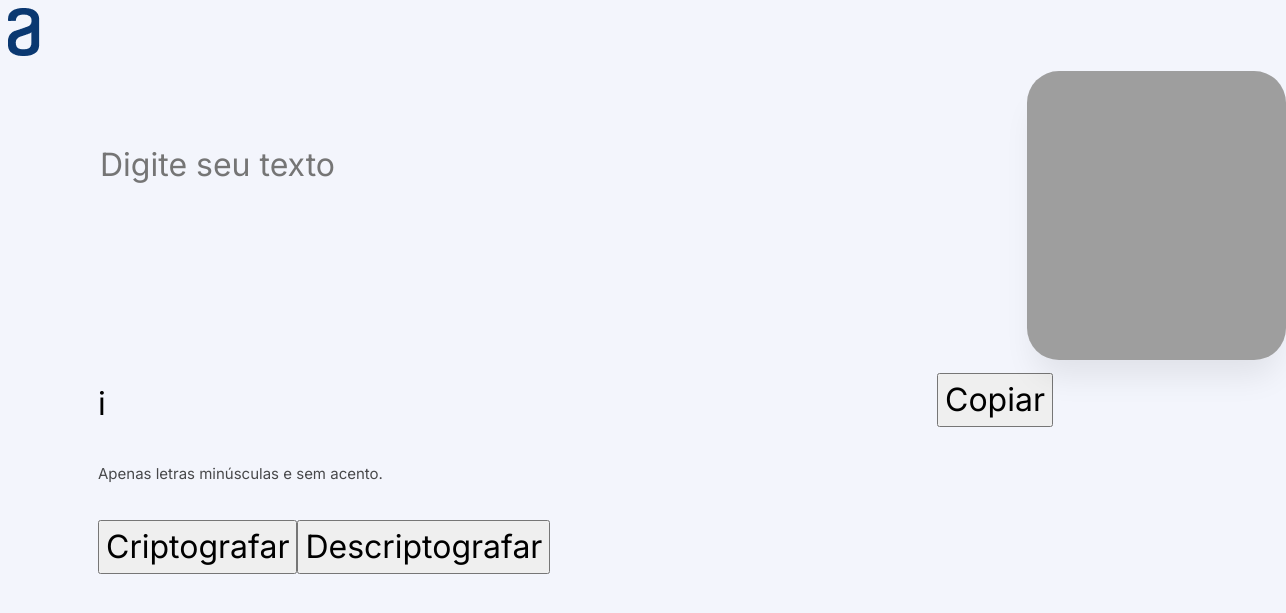
Repository: guilhermecardoso93/decodificador-texto
Page: index.html
These files come from the project's save history. The page is drawn as it stood at one moment and after a run of saves; the edit follows.
The browser window is 1280 px wide. The page is 1286 px wide, so the pictures cover 1286 px, including what lies to the right of the window. The pictures show the whole page.
Pictures or frames that could not be fetched are drawn as grey boxes.

Above is the page before, as saved 2024-02-28 19:26:05.

### index.html
<!DOCTYPE html>
<html lang="pt-BR">
  <head>
    <meta charset="UTF-8" />
    <meta name="viewport" content="width=device-width, initial-scale=1.0" />
    <link rel="preconnect" href="https://fonts.googleapis.com" />
    <link rel="preconnect" href="https://fonts.gstatic.com" crossorigin />
    <link
      href="https://fonts.googleapis.com/css2?family=Inter:wght@400;500;600;700&display=swap"
      rel="stylesheet"
    />
    <link rel="stylesheet" href="style.css" />
    <title>Desafio - Encriptador</title>
  </head>
  <body>
    <header>
      <img src="./assets/logo.png" alt="Logo Alura" class="'logo-alura" />
    </header>

    <main>
      <section>
        <textarea
          class="text-area"
          cols="41"
          rows="4"
          placeholder="Digite seu texto"
        ></textarea>
        <div class="informaçao">
          <p>i</p>
          <h6>Apenas letras minúsculas e sem acento.</h6>
        </div>
        <div class="botoes">
          <button class="btn-encriptor">Criptografar</button>
          <button class="btn-descriptor">Descriptografar</button>
        </div>
      </section>

      <section>
        <textarea class="mensagem" cols="20" rows="10"></textarea>
        <button class="btn-copiar">Copiar</button>
      </section>
    </main>
  </body>
</html>

### style.css
* {
  font-family: "Inter", sans-serif;
  font-weight: 400;
  font-size: 32px;
  line-height: 150%;
}

body {
  background-color: #f3f5fc;
}

.logo-alura {
  margin: 18px 0px 0px 32px;
}

main {
  display: flex;
  margin-left: 90px;
  margin-bottom: 50px;
}

.text-area {
  margin-top: 70px;
  background: #f3f5fc;
  border-style: none;
  outline: none;
  resize: none;
}

.informaçao h6 {
  font-size: 15px;
  opacity: 0.7;
}

.botoes {
  display: flex;
  flex-direction: row;
  margin-top: 20px;
}

.encriptar {
  width: 250px;
  height: 50px;

  background-color: #0a3871;
  color: #ffffff;
  border-radius: 24px;

  font-size: 20px;
}

.encriptar:hover {
  background-color: #356ea9;
  color: #ffffff;
}

.encriptar:active {
  background-color: #757fb2;
  color: #ffffff;
}

.desencriptar {
  width: 250px;
  height: 50px;

  margin-left: 30px;
  background-color: #d8dfe8;
  color: #0a3871;

  border: 1px solid #0a3871;
  border-radius: 24px;

  font-size: 20px;
}

.desencriptar:hover {
  background-color: #072b61;
  color: #ffffff;
}

.desencriptar:active {
  background-color: #757fb2;
  color: #ffffff;
}

.mensagem {
  position: relative;
  margin-top: 2px;
  margin-left: 90px;

  background: #ffffff;

  box-shadow: 0px 24px 32px -8px rgba(0, 0, 0, 0.08);
  border-radius: 32px;

  background-image: url("/assets/boneco.png");
  background-repeat: no-repeat;

  background-position-x: center;
  background-position-y: center;

  text-align: center;
  font-size: 19px;

  outline: none;
  border-style: none;
  resize: none;
}

.div-btn-copia {
  display: none;
  text-align: center;
}

.btn-copia {
  width: 250px;
  height: 50px;

  position: absolute;
  top: 545px;
  left: 850px;

  margin: 20px 0px 0px 90px;

  background-color: #d8dfe8;
  color: #0a3871;

  border: 1px solid #0a3871;
  border-radius: 24px;

  font-size: 20px;
}

.btn-copia:hover {
  background-color: #072b61;
  color: #ffffff;
}

.btn-copia:active {
  background-color: #aab2d5;
  color: #ffffff;
}

After the next 2 saves:
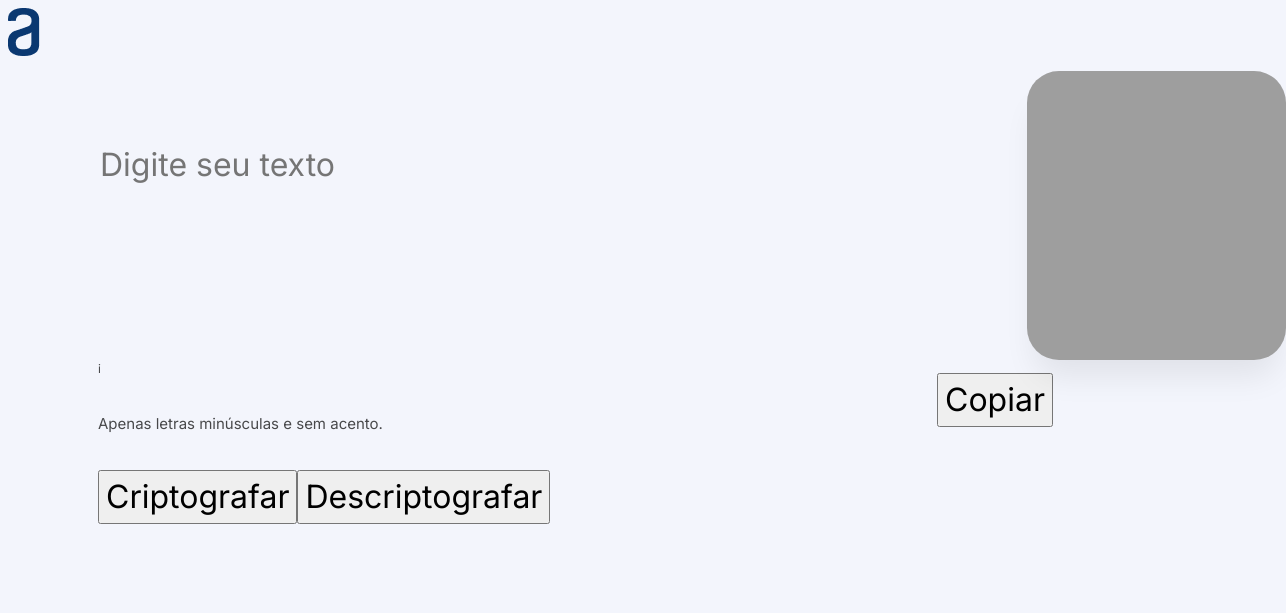
The 2 saves are shown as one change because they came seconds apart.
The last was saved 18 s later.
--- a/style.css
+++ b/style.css
@@ -26,6 +26,12 @@ main {
   outline: none;
   resize: none;
 }
+
+.informaçao p {
+  font-size: 12px;
+  opacity: 0.7;
+}
+
 
 .informaçao h6 {
   font-size: 15px;
